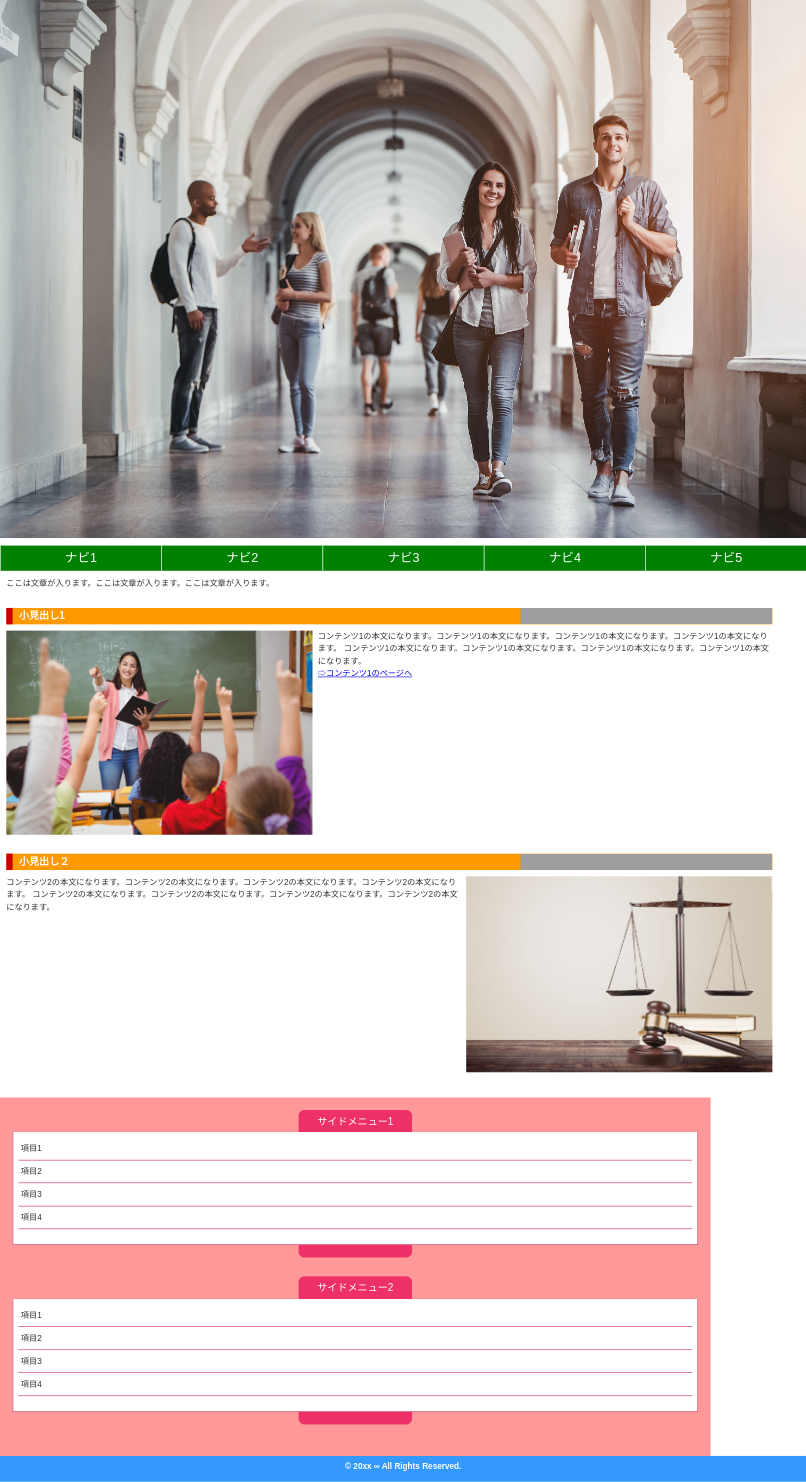
Repository: YOSHIYUKI-FITNESS/samurai_HTML-CSS
Page: home.html
The author's editor kept a record of every edit. The page is drawn from the files as they stood at one moment, then again after the next edit.
The browser window is 1280 px wide. The pictures show the whole page, at 63% of full size.
Pictures or frames that could not be fetched are drawn as grey boxes.

Above is the page before.

### home.html
<!DOCTYPE html>
<html lang="ja">
<head>
    <meta charset="UTF-8">
    <title>HTML/CSSの学習</title>
    <link rel="stylesheet" href=stylesheet.css>
</head>
<body>
   <div id="header">
     <h1><a href="index.html"><img id="corridor" src="images/corridor.jpg" alt="大学の廊下"/></a></h1>
    </div>
   <div id="wrapper">
       <div id="nav">
       <ul>
           <li><a href="home.html">ナビ1</a></li>
           <li><a href="#">ナビ2</a></li>
           <li><a href="#">ナビ3</a></li>
           <li><a href="#">ナビ4</a></li>
           <li><a href="#">ナビ5</a></li>
       </ul>
       </div>
        <div id"container">
            <div id="main">
                <div class="post">
                    <p>ここは文章が入ります。ここは文章が入ります。ここは文章が入ります。</p>
                </div>
                <div class="post clearfix">
                    <h2>小見出し1</h2>
                    <img class="left" src="images/classroom.jpg" alt="授業風景"/>
                    <p>
                        コンテンツ1の本文になります。コンテンツ1の本文になります。コンテンツ1の本文になります。コンテンツ1の本文になります。
                        コンテンツ1の本文になります。コンテンツ1の本文になります。コンテンツ1の本文になります。コンテンツ1の本文になります。
                    </p>
                    <p><a href="#">⇨コンテンツ1のページへ</a></p>
                </div>
                <div class="post clearfix">
                    <h2>小見出し２</h2>
                    <img class="right" src="images/scale.jpg" alt="天秤"/>
                    <p>
                        コンテンツ2の本文になります。コンテンツ2の本文になります。コンテンツ2の本文になります。コンテンツ2の本文になります。
                        コンテンツ2の本文になります。コンテンツ2の本文になります。コンテンツ2の本文になります。コンテンツ2の本文になります。
                    </p>
                </div>
            </div>
                <div id="side">
                    <div class="box">
                        <h2>サイドメニュー1</h2>
                        <div class="boxBody">
                            <ul>
                                <li>項目1</li>
                                <li>項目2</li>
                                <li>項目3</li>
                                <li>項目4</li>
                            </ul>
                        </div>
                    </div>
                    <div class="box">
                        <h2>サイドメニュー2</h2>
                        <div class="boxBody">
                            <ul>
                                <li>項目1</li>
                                <li>項目2</li>
                                <li>項目3</li>
                                <li>項目4</li>
                            </ul>
                        </div>
                    </div>
                </div>
          </div>
   </div>
   <div id="footer">
       <p>&copy; 20xx ∞ All Rights Reserved.</p>
   </div>
</body>
</html>

### stylesheet.css
@charset "utf-8";

body{
    margin: 0;
    padding: 0;
    font-family: "ヒラギノ角ゴ Pro W3", "Hiragino Kaku Gothic Pro","メイリオ", Meiryo, Osaka, "MS Pゴシック", "MS PGothic", sans-serif;
    color: #333;
    font-size: 13px;
    line-height: 150%;
}

/*wrapper*/
#wrapper{
    width: 100%;
    margin: auto;
    padding: 0px;
    border: 0px;
    background-color: #FFF;
    top: 10px;
    position: relative;
}

/*header*/
#header{
    width: 100;
}
#header h1{
    margin: 0;
    padding: 0;
}
#corridor{
    width: 100%;
    height: auto;
}

/*footer*/
#footer{
    clear: both;
    width: 100%;
    padding: 3px 0 3px 0;
    background: #39F;
    color: #FFF;
    font-weight: bold;
    text-align: center;
}

/*nav*/
#nav {
    width: 100%;
}
#nav ul{
    display: flex;
    margin: 0;
    padding: 0;
    list-style-type: none;
}

#nav ul li{
    width: 20%;
    text-align: center;
}

#nav ul li a{
    display: block;
    height: 20px;
    margin: 0;
    padding: 10px;
    color: #FFF;
    font-size: 20px;
    text-decoration: none;
    background-color: green;
    border-left: 1px solid white;
}
#nav ul li a:hover{
    filter: drop-shadow(10px 10px 10px black);
}

/*container*/
#container{
    width: 100%;
    margin: auto;
    padding: auto;
    padding-top: 20px;
    clear: both;
}
/*main*/
#main{
    width: 95%;
    padding: 10px 30px 10px 10px;
}
#main h2{
    margin: 0 0 10px 0;
    padding: 3px 10px 3px 10px;
    color: #FFF;
    font-size: 16px;
    border-left: solid 10px #C00;
    background: #F90 url(../images/main_h2.jpg) right top repeat-y;
}
#main p{
    margin: 0;
    padding: 0;
}
#main .post{
    margin: 0 0 30px 0;
}
#main .post img.right{
    margin: 0 0 0 8px;
}
#main .post img.left{
    margin: 0 8px 0 0;
}
.right{
    float: right;
    width: 40%;
    height:auto;
}
.left{
    float: left;
    width: 40%;
    height: auto;
}
/*clearfix*/
.clearfix{
    zoom: 1;
}
.clearfix:after{
    content:"";
    display: block;
    clear: both;
}
/*side*/
#side{
    width: 85%;
    padding: 20px;
    background-color: #F99;
}
#side .box{
    margin: 0 auto 30px auto;
    padding: 0 0 20px 0;
    background: url(images/side_box.png) bottom no-repeat;
}
#side .box h2{
    margin: 0;
    padding: 8px;
    text-align: center;
    color: #fff;
    font-size: 16px;
    font-weight: normal;
    background: url(images/side_box_h2.png) center no-repeat;
}
#side .box .boxBody{
    padding: 8px;
    border-right: solid 1px #C36;
    border-bottom: solid 1px #C36;
    border-left: solid 1px #C36;
    background: #fff;
}
#side .box .boxBody ul{
    margin: 0 0 16px 0;
    padding: 0;
}
#side .box .boxBody ul li{
    padding: 8px 0 8px 4px;
    list-style: none;
    border-bottom: solid 1px #C36;
}
#side .box .boxBody ul li:hover{
    padding: 8px 0 8px 4px;
    list-style: none;
    border-bottom: solid 1px #C36;
    box-shadow: 0px 4px 4px rgba(0, 0, 0, 0.3)
}

After the next edit:
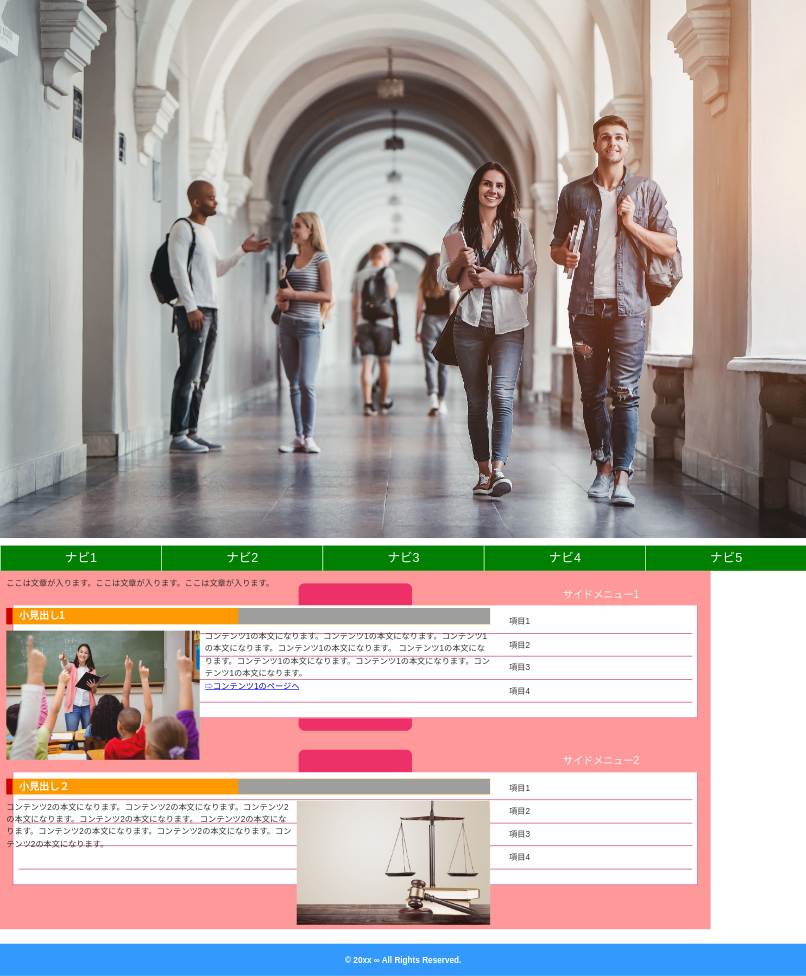
The edit:
--- a/stylesheet.css
+++ b/stylesheet.css
@@ -85,7 +85,8 @@
 }
 /*main*/
 #main{
-    width: 95%;
+    float: left;
+    width: 60%;
     padding: 10px 30px 10px 10px;
 }
 #main h2{
